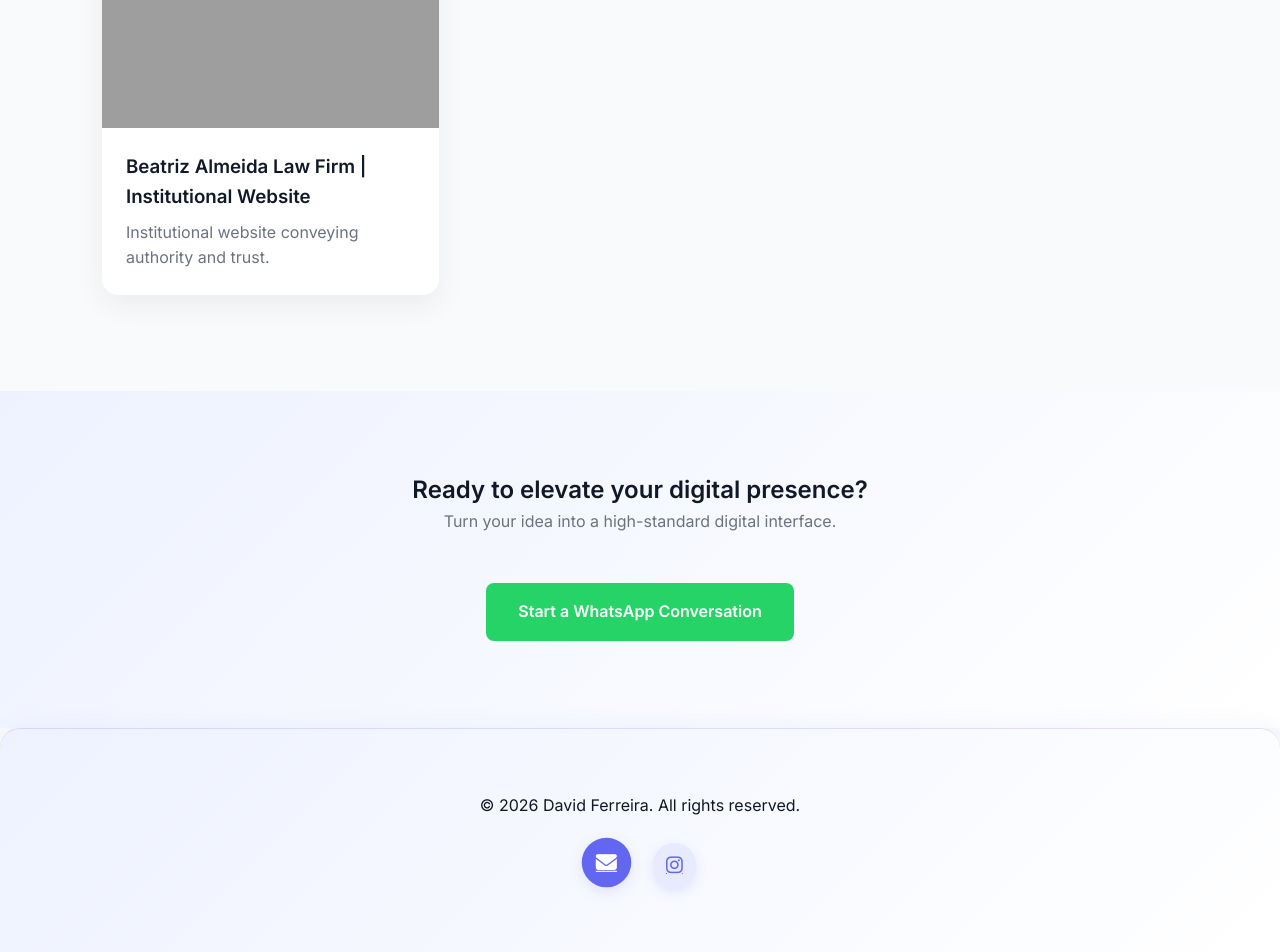
Repository: davidfsillva/David_Ferreira
Page: index.html
The author's editor kept a copy of each file at every save. The page is drawn from the files as they stood at one save, then again after the next save.
The browser window is 1280 px wide. The pictures show the part of the page from y = 1990 to 2942 px (the page is 2942 px tall).
The pointer rests on the first visible `.social-links a`.
Pictures or frames that could not be fetched are drawn as grey boxes.

Above is the page before, as saved 2026-02-11 15:22:15.
Console error: TypeError: Cannot read properties of null (reading 'addEventListener')

### index.html
<!DOCTYPE html>
<html lang="en">
<head>
    <meta charset="UTF-8">
    <meta name="viewport" content="width=device-width, initial-scale=1.0">

    <title>David Ferreira | Front-end Developer & Premium UI Designer</title>

    <!-- Primary SEO -->
    <meta name="description" content="David Ferreira is a front-end developer specialized in premium interfaces, high-conversion landing pages, and modern digital experiences.">
    <meta name="keywords" content="Front-end Developer, Web Designer, UI Designer, Landing Page, Web Development, Freelancer Brazil">
    <meta name="author" content="David Ferreira">
    <meta name="robots" content="index, follow">
    <link rel="canonical" href="https://yourdomain.com/">

    <!-- Open Graph (Facebook, LinkedIn) -->
    <meta property="og:title" content="David Ferreira | Premium Front-end Developer">
    <meta property="og:description" content="High-standard digital interfaces focused on performance and conversion.">
    <meta property="og:image" content="https://yourdomain.com/preview.jpg">
    <meta property="og:url" content="https://yourdomain.com/">
    <meta property="og:type" content="website">

    <!-- Twitter Card -->
    <meta name="twitter:card" content="summary_large_image">
    <meta name="twitter:title" content="David Ferreira | Web Developer">
    <meta name="twitter:description" content="Premium web development focused on performance and modern design.">
    <meta name="twitter:image" content="https://yourdomain.com/preview.jpg">

    <!-- Favicon -->
    <link rel="icon" href="favicon.ico" type="image/x-icon">

    <!-- Fonts -->
    <link href="https://fonts.googleapis.com/css2?family=Inter:wght@300;400;600&family=Plus+Jakarta+Sans:wght@700;800&display=swap" rel="stylesheet">

    <!-- Font Awesome -->
    <link rel="stylesheet" href="https://cdnjs.cloudflare.com/ajax/libs/font-awesome/6.5.0/css/all.min.css" integrity="sha512-..." crossorigin="anonymous" referrerpolicy="no-referrer" />

    <link rel="stylesheet" href="style.css">
</head>

<body>

    <!-- NAVBAR -->
    <nav class="navbar">
        <div class="logo"><a href="#">David | Web Developer<span>.</span></a></div>

        <ul class="nav-links">
            <li><a href="#about">About</a></li>
            <li><a href="#portfolio">Projects</a></li>
            <li><a href="#contact" class="btn-sm">Contact</a></li>
        </ul>
    </nav>

    <!-- HERO -->
    <section class="hero">
        <div class="hero-content">
            <h1>Creating high-level digital <span> with code experiences</span></h1>
            <p>Front-end developer specialized in high-standard interfaces and landing pages focused on results.</p>
            <div class="hero-btns">
                <a href="#portfolio" class="btn-primary">See Projects</a>
                <a href="#contact" class="btn-secondary">Let's Talk</a>
            </div>
        </div>
        <div class="hero-visual">
            <div class="hero-glow"></div>
        </div>
    </section>

    <!-- ABOUT -->
    <section id="about" class="section">
        <h2>About Me</h2>
        <p>I'm David Ferreira, a Front-end developer focused on creating modern, functional websites with premium interfaces. I work with HTML, CSS, JavaScript, and React, prioritizing performance, design, and user experience.</p>
        <p>My goal is to help businesses and professionals stand out digitally through websites that convey trust and deliver real results.</p>
    </section>

    <!-- PORTFOLIO -->
    <section id="portfolio" class="portfolio">
        <div class="section-header">
            <h2>Selected Projects</h2>
            <p>A showcase of solutions focused on performance and design.</p>
        </div>
        <div class="portfolio-grid">
            <!-- Project 1 -->
            <a href="https://davidfsillva.github.io/Alex-Carter/" target="_blank" class="project-link">
                <div class="project-card">
                    <div class="card-image">
                        <img src="img/alex.png" alt="Alex Carter Project">
                        <div class="card-overlay"><span>View Details</span></div>
                    </div>
                    <div class="card-info">
                        <h3>Alex Carter | Landing Page</h3>
                        <p>Personal branding website for a professional athlete.</p>
                    </div>
                </div>
            </a>

            <!-- Project 2 -->
            <a href="https://davidfsillva.github.io/e-hammershark/" target="_blank" class="project-link">
                <div class="project-card">
                    <div class="card-image">
                        <img src="img/ecomerce.png" alt="Hammershark Project">
                        <div class="card-overlay"><span>View Details</span></div>
                    </div>
                    <div class="card-info">
                        <h3>Hammershark | E-commerce</h3>
                        <p>Fitness fashion e-commerce, focused on branding and shopping experience.</p>
                    </div>
                </div>
            </a>

            <!-- Project 3 -->
            <a href="https://davidfsillva.github.io/landing-page/" target="_blank" class="project-link">
                <div class="project-card">
                    <div class="card-image">
                        <img src="img/landingpage.png" alt="Landing Page Project">
                        <div class="card-overlay"><span>View Details</span></div>
                    </div>
                    <div class="card-info">
                        <h3>Lucas Andrade | Landing Page</h3>
                        <p>Strategic landing page for lead generation and conversion.</p>
                    </div>
                </div>
            </a>

            <!-- Project 4 -->
            <a href="https://davidfsillva.github.io/beatriz-almeida-adv/" target="_blank" class="project-link">
                <div class="project-card">
                    <div class="card-image">
                        <img src="img/adv.png" alt="Beatriz Almeida Law Firm Project">
                        <div class="card-overlay"><span>View Details</span></div>
                    </div>
                    <div class="card-info">
                        <h3>Beatriz Almeida Law Firm | Institutional Website</h3>
                        <p>Institutional website conveying authority and trust.</p>
                    </div>
                </div>
            </a>
        </div>
    </section>

    <!-- CTA / CONTACT -->
    <section id="contact" class="cta-section">
        <h2>Ready to elevate your digital presence?</h2>
        <p>Turn your idea into a high-standard digital interface.</p>
        <a href="https://wa.me/5511990242453" target="_blank" class="btn-whatsapp">Start a WhatsApp Conversation</a>
    </section>

    <!-- FOOTER -->
    <footer>
        <div class="footer-content">
            <p>&copy; 2026 David Ferreira. All rights reserved.</p>
            <div class="social-links">
                <a href="mailto:davidfsillva@icloud.com" target="_blank" rel="noopener noreferrer"><i class="fa-solid fa-envelope"></i></a>
                <a href="https://www.instagram.com/david_websites?igsh=MWdmZWJ3MW80N3JsNQ==" target="_blank" rel="noopener noreferrer"><i class="fa-brands fa-instagram"></i></a>
            </div>
        </div>
    </footer>

    <script src="scripts.js"></script>
</body>
</html>

### style.css
:root {
  --primary: #6366f1;
  --primary-light: #818cf8;
  --accent: #a855f7;
  --text-dark: #111827;
  --text-light: #6b7280;
  --bg-light: #f9fafb;
  --white: #ffffff;
  --transition: all 0.3s ease;
}

/* RESET */
* {
  margin: 0;
  padding: 0;
  box-sizing: border-box;
}

html {
  scroll-behavior: smooth;   /* já tinha */
  scroll-padding-top: 70px; /* ajuste esse valor para altura da navbar */
}


body {
  font-family: 'Inter', sans-serif;
  background: var(--bg-light);
  color: var(--text-dark);
  line-height: 1.6;
  animation: fadePage 0.8s ease-in-out;
}

@keyframes fadePage {
  from { opacity: 0; transform: translateY(10px); }
  to { opacity: 1; transform: translateY(0); }
}

/* NAVBAR */
.navbar {
  position: fixed;
  width: 100%;
  top: 0;
  padding: 1.5rem 8%;
  display: flex;
  justify-content: space-between;
  align-items: center;
  background: rgba(255,255,255,0.85);
  backdrop-filter: blur(12px);
  box-shadow: 0 4px 20px rgba(0,0,0,0.05);
  z-index: 1000;
  transition: var(--transition);
}

.logo {
  font-family: 'Plus Jakarta Sans', sans-serif;
  font-weight: 800;
  font-size: 1.5rem;
}

.logo a {
  text-decoration: none;   /* remove o sublinhado */
  color: var(--text-dark); /* cor principal da logo */
  font-weight: 800;
  font-size: 1.5rem;
}

.logo a span {
  color: var(--primary);   /* deixa apenas o ponto colorido */
}


.logo span {
  color: var(--primary);
}

.nav-links {
  display: flex;
  list-style: none;
  gap: 2rem;
}

.nav-links a {
  text-decoration: none;
  color: var(--text-light);
  font-weight: 500;
  transition: var(--transition);
}

.nav-links a:hover {
  color: var(--primary);
  transform: translateY(-2px);
}

/* HERO */
.hero {
  min-height: 100vh;
  padding: 120px 8% 80px; /* aumentei de 60px para 80px */
  display: flex;
  align-items: center;
  justify-content: space-between;
  background: linear-gradient(135deg, #eef2ff, #ffffff);
  flex-wrap: wrap;
}

.hero-content {
  max-width: 600px;
  animation: heroFade 1s ease 0.2s both;
}

@keyframes heroFade {
  from { opacity: 0; transform: translateY(40px); }
  to { opacity: 1; transform: translateY(0); }
}

.badge {
  display: inline-block;
  padding: 0.5rem 1rem;
  background: rgba(99,102,241,0.1);
  color: var(--primary);
  border-radius: 20px;
  font-size: 0.8rem;
  font-weight: 600;
  margin-bottom: 1.5rem;
}

.hero h1 {
  font-family: 'Plus Jakarta Sans', sans-serif;
  font-size: clamp(2rem, 5vw, 3.5rem);
  line-height: 1.2;
  margin-bottom: 1.5rem;
}

.hero h1 span {
  background: linear-gradient(90deg, var(--primary), var(--accent));
  -webkit-background-clip: text;
  -webkit-text-fill-color: transparent;
}

.hero p {
  font-size: 1.1rem;
  color: var(--text-light);
  margin-bottom: 2rem;
}

/* BUTTONS */
.btn-primary,
.btn-secondary,
.btn-whatsapp {
  display: inline-block;
  padding: 0.9rem 2rem;
  border-radius: 8px;
  text-decoration: none;
  font-weight: 600;
  transition: all 0.3s ease;
  position: relative;
  overflow: hidden;
}

.btn-primary {
  background: linear-gradient(90deg, var(--primary), var(--accent));
  color: white;
  box-shadow: 0 10px 25px rgba(99,102,241,0.3);
}

.btn-primary:hover {
  transform: translateY(-4px) scale(1.03);
}

.btn-primary:active {
  transform: scale(0.96);
}

.btn-primary::after {
  content: "";
  position: absolute;
  width: 200%;
  height: 200%;
  background: radial-gradient(circle, rgba(255,255,255,0.4), transparent 60%);
  top: -50%;
  left: -50%;
  opacity: 0;
  transition: opacity 0.4s ease;
}

.btn-primary:hover::after {
  opacity: 1;
}

.btn-secondary {
  border: 1px solid #e5e7eb;
  color: var(--text-dark);
  margin-left: 1rem;
}

.btn-secondary:hover {
  background: #f3f4f6;
  transform: translateY(-4px);
}

.btn-secondary:active {
  transform: scale(0.96);
}

.btn-whatsapp {
  background: #25d366;
  color: white;
}

.btn-whatsapp:hover {
  transform: translateY(-4px) scale(1.03);
}

.btn-whatsapp:active {
  transform: scale(0.96);
}

.hero-btns {
  display: flex;
  flex-wrap: wrap;
}

#about {
  text-align: center;
  max-width: 1200px;
  margin: 4rem auto 0; /* adiciona mais distância do Hero */
  padding: 6rem 8%;
  background: linear-gradient(135deg, #eef2ff 0%, #ffffff 100%);
  border-radius: 20px;
  box-shadow: 0 15px 40px rgba(99,102,241,0.15);
  position: relative;
  overflow: hidden;
}

#about::before {
  content: "";
  position: absolute;
  width: 200px;
  height: 200px;
  background: radial-gradient(circle, rgba(163,155,253,0.2), transparent 70%);
  top: -50px;
  right: -50px;
  border-radius: 50%;
  z-index: 0;
  animation: pulseGlow 6s infinite ease-in-out;
}

#about h2 {
  font-family: 'Plus Jakarta Sans', sans-serif;
  font-size: clamp(2rem, 4vw, 2.5rem);
  margin-bottom: 2rem;
  position: relative;
  z-index: 1;
  background: linear-gradient(90deg, var(--primary), var(--accent));
  -webkit-background-clip: text;
  -webkit-text-fill-color: transparent;
}

#about p {
  font-size: 1.05rem;
  line-height: 1.9;
  color: var(--text-dark);
  margin-bottom: 1.8rem;
  position: relative;
  z-index: 1;
  opacity: 0;
  transform: translateY(20px);
  animation: fadeUp 1s forwards;
  animation-delay: 0.3s;
}

/* Animação suave */
@keyframes fadeUp {
  to {
    opacity: 1;
    transform: translateY(0);
  }
}



/* HERO VISUAL */
.hero-visual {
  flex: 1;
  min-height: 400px;
  display: flex;
  justify-content: center;
  align-items: center;
}

.hero-glow {
  width: 380px;
  height: 380px;
  background: url('img/dashboard.png') no-repeat center center;
  background-size: contain;
  animation: float-rotate 8s ease-in-out infinite;
}

@keyframes float-rotate {
  0%   { transform: translateY(0px) rotate(0deg); }
  50%  { transform: translateY(-10px) rotate(3deg); }
  100% { transform: translateY(0px) rotate(0deg); }
}

/* PORTFOLIO */
.portfolio {
  padding: 6rem 8%;
}

.section-header {
  text-align: center;
  margin-bottom: 4rem;
}

.section-header h2 {
  font-family: 'Plus Jakarta Sans', sans-serif;
  font-size: 2.2rem;
  margin-bottom: 1rem;
  color: var(--primary)
}

.section-header p {
  color: var(--text-light);
}

.portfolio-grid {
  display: grid;
  grid-template-columns: repeat(auto-fit, minmax(280px, 1fr));
  gap: 2rem;
}

.project-card {
  background: var(--white);
  border-radius: 16px;
  overflow: hidden;
  box-shadow: 0 10px 30px rgba(0,0,0,0.06);
  cursor: pointer;
  transition: transform 0.4s ease, box-shadow 0.4s ease;
  will-change: transform;
}

.project-card:hover {
  transform: translateY(-12px) scale(1.03);
  box-shadow: 0 25px 50px rgba(99,102,241,0.2);
}

.card-image {
  position: relative;
  overflow: hidden;
}

.card-image img {
  width: 100%;
  height: 220px;
  object-fit: cover;
  display: block;
  transition: transform 0.6s ease;
}

.project-card:hover .card-image img {
  transform: scale(1.08);
}

.card-overlay {
  position: absolute;
  inset: 0;
  background: rgba(99,102,241,0.8);
  display: flex;
  justify-content: center;
  align-items: center;
  color: white;
  font-weight: 600;
  opacity: 0;
  transition: opacity 0.4s ease;
}

.project-card:hover .card-overlay {
  opacity: 1;
}

.card-info {
  padding: 1.5rem;
}

.card-info h3 {
  margin-bottom: 0.5rem;
}

.card-info p {
  color: var(--text-light);
}

.project-link {
  text-decoration: none;
  color: inherit;
  display: block;
}


/* CTA */
.cta-section {
  padding: 5rem 8%;
  text-align: center;
  background: linear-gradient(135deg, #eef2ff, #ffffff);
}

/* FOOTER */
/* =====================
   FOOTER MODERNO
===================== */
footer {
  padding: 4rem 8%;
  background: linear-gradient(135deg, #eef2ff, #ffffff); /* leve gradiente */
  border-top: 1px solid rgba(99,102,241,0.2); /* linha discreta */
  text-align: center;
  border-radius: 20px 20px 0 0;
  box-shadow: 0 -4px 20px rgba(99,102,241,0.05);
}

.footer-content {
  display: flex;
  flex-direction: column;
  align-items: center;
  gap: 1.5rem; /* aumenta espaço entre elementos */
}

.footer-content p {
  color: var(--text-dark);
  font-weight: 500;
  font-size: 1rem;
}

.social-links {
  display: flex;
  gap: 1.5rem; /* distância entre ícones */
}

.social-links a {
  color: var(--primary);
  background: rgba(99,102,241,0.1);
  padding: 0.8rem;
  border-radius: 50%; /* círculo perfeito */
  font-size: 1.2rem;
  display: flex;
  justify-content: center;
  align-items: center;
  transition: all 0.3s ease;
  box-shadow: 0 4px 12px rgba(99,102,241,0.15); /* leve profundidade */
}

.social-links a:hover {
  transform: translateY(-3px) scale(1.1);
  background: var(--primary);
  color: white;
}


.cta-section p {
  color: var(--text-light);
  margin-bottom: 2.5rem; /* aumenta espaço abaixo do texto */
}

.btn-whatsapp {
  display: inline-block;
  background: #25d366;
  color: white;
  padding: 1rem 2rem;
  border-radius: 8px;
  text-decoration: none;
  font-weight: 600;
  transition: var(--transition);
  margin-top: 0.5rem; /* pequeno respiro extra */
}


/* MODAL */
.modal-overlay {
  position: fixed;
  inset: 0;
  background: rgba(0,0,0,0.6);
  display: none;
  justify-content: center;
  align-items: center;
  padding: 2rem;
  z-index: 2000;
}

.modal-content {
  background: white;
  width: 100%;
  max-width: 900px;
  border-radius: 20px;
  overflow: hidden;
  animation: modalZoom 0.4s cubic-bezier(.23,1,.32,1);
  position: relative;
}

@keyframes modalZoom {
  from { opacity: 0; transform: scale(0.85) translateY(20px); }
  to { opacity: 1; transform: scale(1) translateY(0); }
}

.modal-body {
  display: grid;
  grid-template-columns: 1fr 1fr;
}

.modal-img {
  min-height: 300px;
  background-size: cover !important;
}

.modal-text {
  padding: 2rem;
}

.close-modal {
  position: absolute;
  top: 20px;
  right: 25px;
  background: none;
  border: none;
  font-size: 2rem;
  cursor: pointer;
  transition: transform 0.3s ease;
}

.close-modal:hover {
  transform: rotate(90deg);
}

/* RESPONSIVO */
@media (max-width: 900px) {
  .hero {
    flex-direction: column;
    text-align: center;
  }

  .hero-visual {
    margin-top: 3rem;
  }

  .modal-body {
    grid-template-columns: 1fr;
  }
}

@media (max-width: 600px) {
  .navbar {
    padding: 1rem 5%;
  }

  .nav-links {
    display: none;
  }

  .hero {
    padding: 100px 5% 60px;
  }

  .portfolio {
    padding: 4rem 5%;
  }

  .cta-section {
    padding: 4rem 5%;
  }

  footer {
    padding: 2rem 5%;
  }

  .footer-content {
    flex-direction: column;
    text-align: center;
  }

  .social-links a {
    margin: 0 0.5rem;
  }
}

Loaded but not shown: scripts.js (103 lines, source omitted)

After the next save:
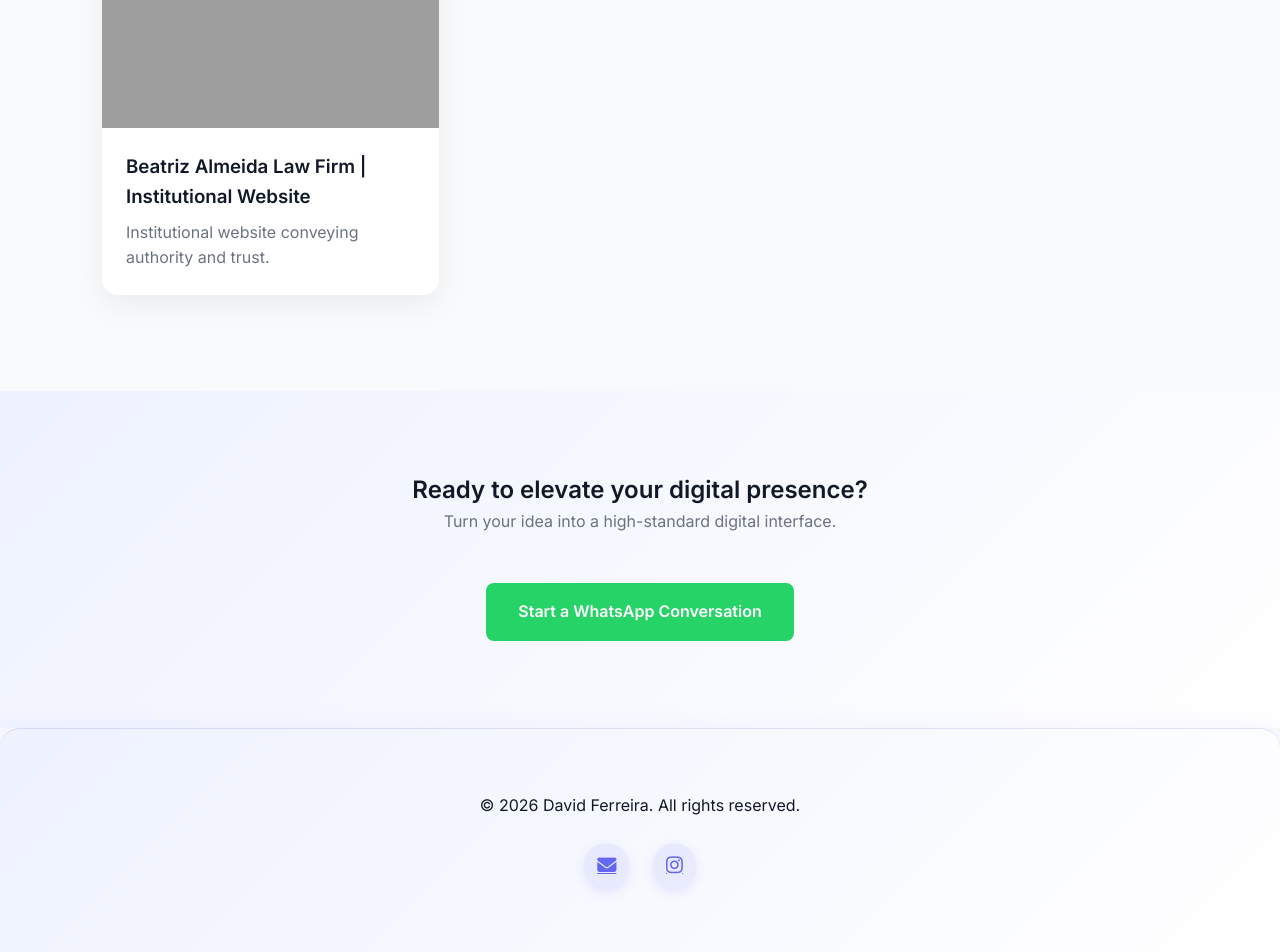
Saved 32 s later.
--- a/style.css
+++ b/style.css
@@ -447,11 +447,7 @@
   box-shadow: 0 4px 12px rgba(99,102,241,0.15); /* leve profundidade */
 }
 
-.social-links a:hover {
-  transform: translateY(-3px) scale(1.1);
-  background: var(--primary);
-  color: white;
-}
+
 
 
 .cta-section p {

After the save that followed:
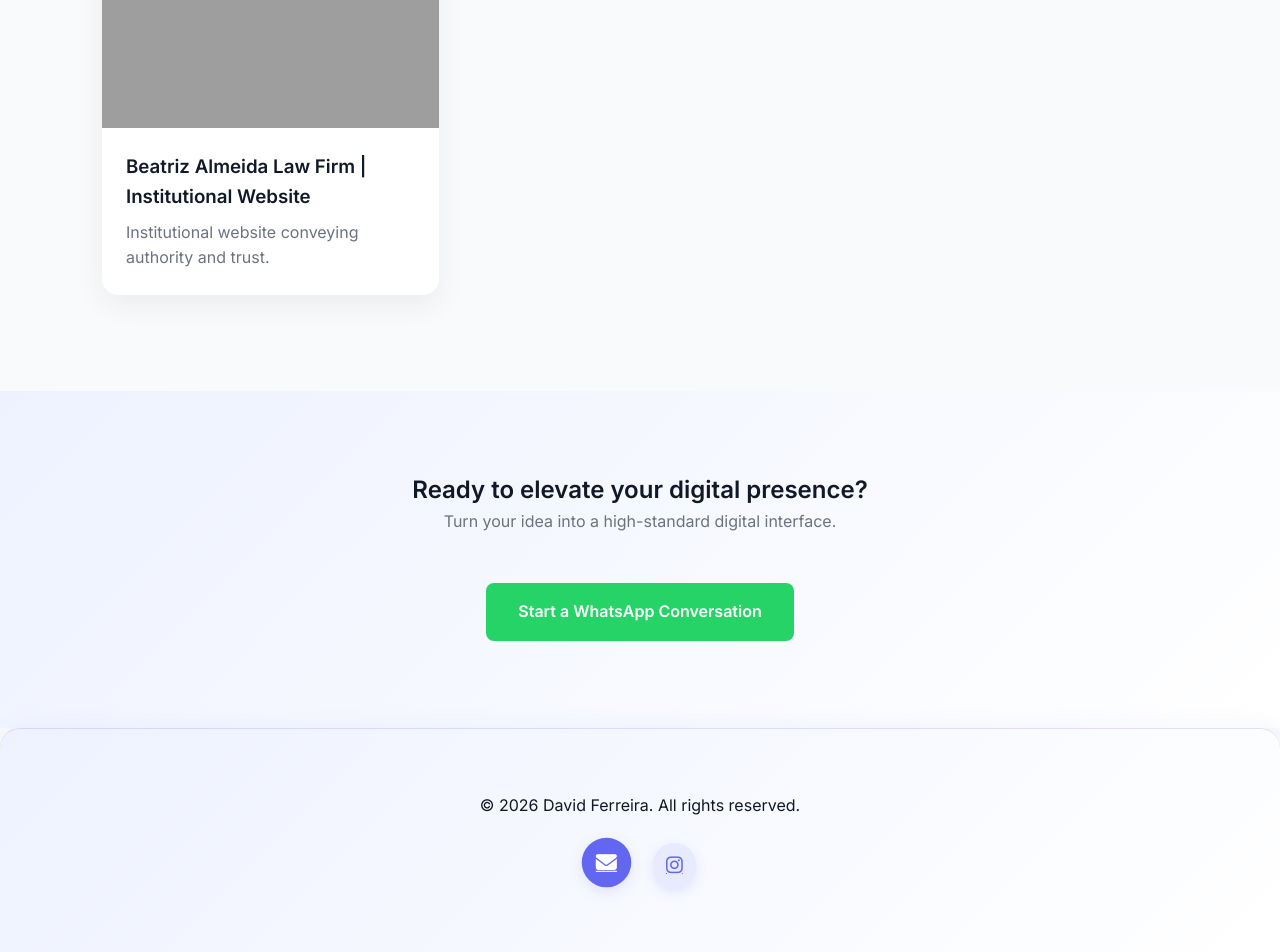
Saved 7 s later.
--- a/style.css
+++ b/style.css
@@ -447,7 +447,11 @@
   box-shadow: 0 4px 12px rgba(99,102,241,0.15); /* leve profundidade */
 }
 
-
+.social-links a:hover {
+  transform: translateY(-3px) scale(1.1);
+  background: var(--primary);
+  color: white;
+}
 
 
 .cta-section p {
